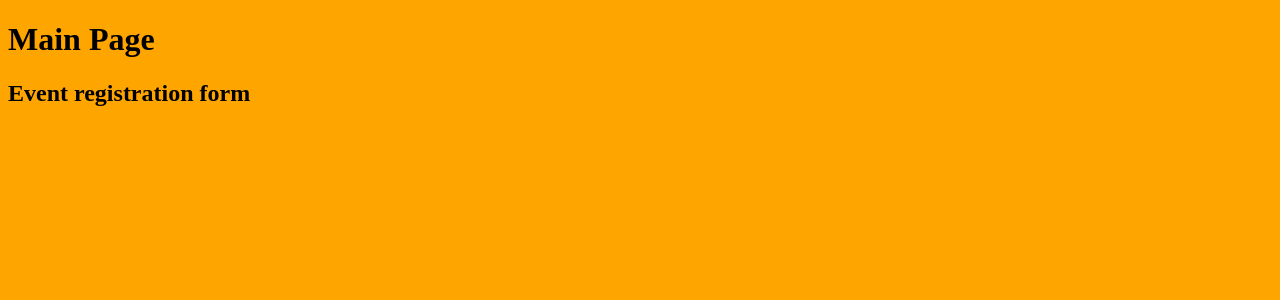
Repository: SiddhantNagaria/Genpact-Training
Page: Java Training/09 event-registration/src/main/resources/static/index.html
These files come from the project's save history. The page is drawn as it stood at one moment and after the next save; the edit follows.
The browser window is 1280 px wide. The pictures show the whole page.

Above is the page before, as saved 2025-11-12 10:43:36.

After the next save:
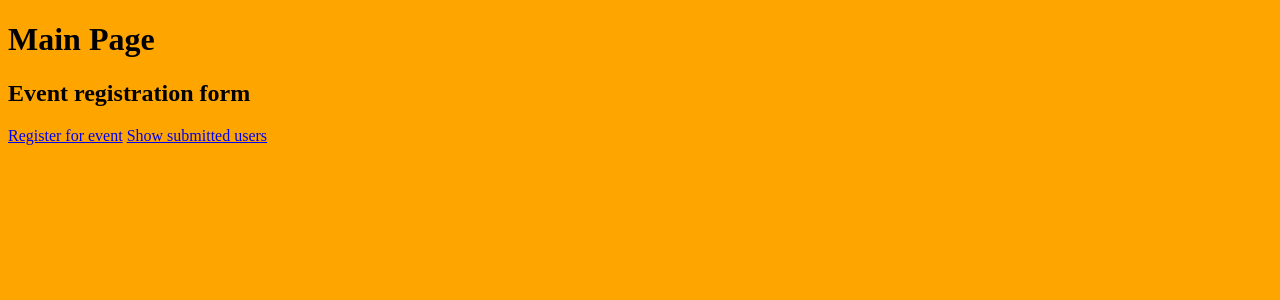
Saved 55 s later.
--- a/Java Training/09 event-registration/src/main/resources/static/index.html
+++ b/Java Training/09 event-registration/src/main/resources/static/index.html
@@ -8,5 +8,8 @@
 <body>
 <h1>Main Page</h1>
 <h2>Event registration form</h2>
+
+<a href="/register">Register for event</a>
+<a href="/summary">Show submitted users</a>
 </body>
 </html>
